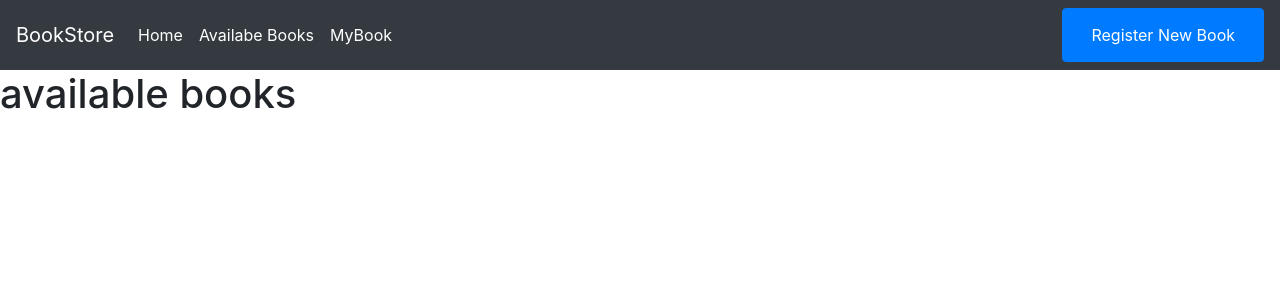
Repository: Sumanta-Sahoo/BookStoreApp
Page: bookstore/src/main/resources/static/availabeBooks.html
These files come from the project's save history. The page is drawn as it stood at one moment and after the next save; the edit follows.
The browser window is 1280 px wide. The pictures show the whole page.

Above is the page before, as saved 2024-03-15 12:22:28.

After the next save:
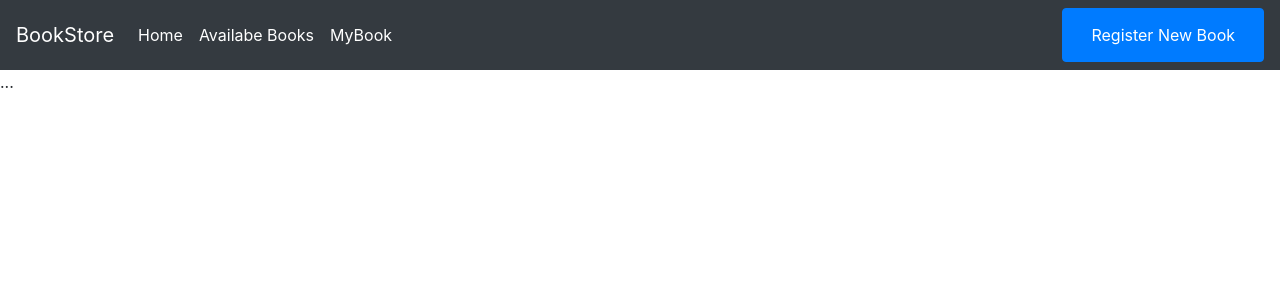
Saved 111 s later.
--- a/bookstore/src/main/resources/static/availabeBooks.html
+++ b/bookstore/src/main/resources/static/availabeBooks.html
@@ -34,15 +34,20 @@
 				</li>
 			</ul>
 			<div>
-				<button type="button" class="btn btn-primary"><a class="nav-link text-white" href="bookRegister">Register New Book</a></button>
+				<button type="button" class="btn btn-primary"><a class="nav-link text-white"
+						href="bookRegister">Register New Book</a></button>
 			</div>
 
 		</div>
 	</nav>
 
 
-<h1>available books</h1>
-<!--
+	<div>
+		<table class="table table-dark table-striped">
+			...
+		</table>
+	</div>
+	<!--
 	<form>
 		<div class="form-group">
 			<label for="exampleInputEmail1">Email address</label>
